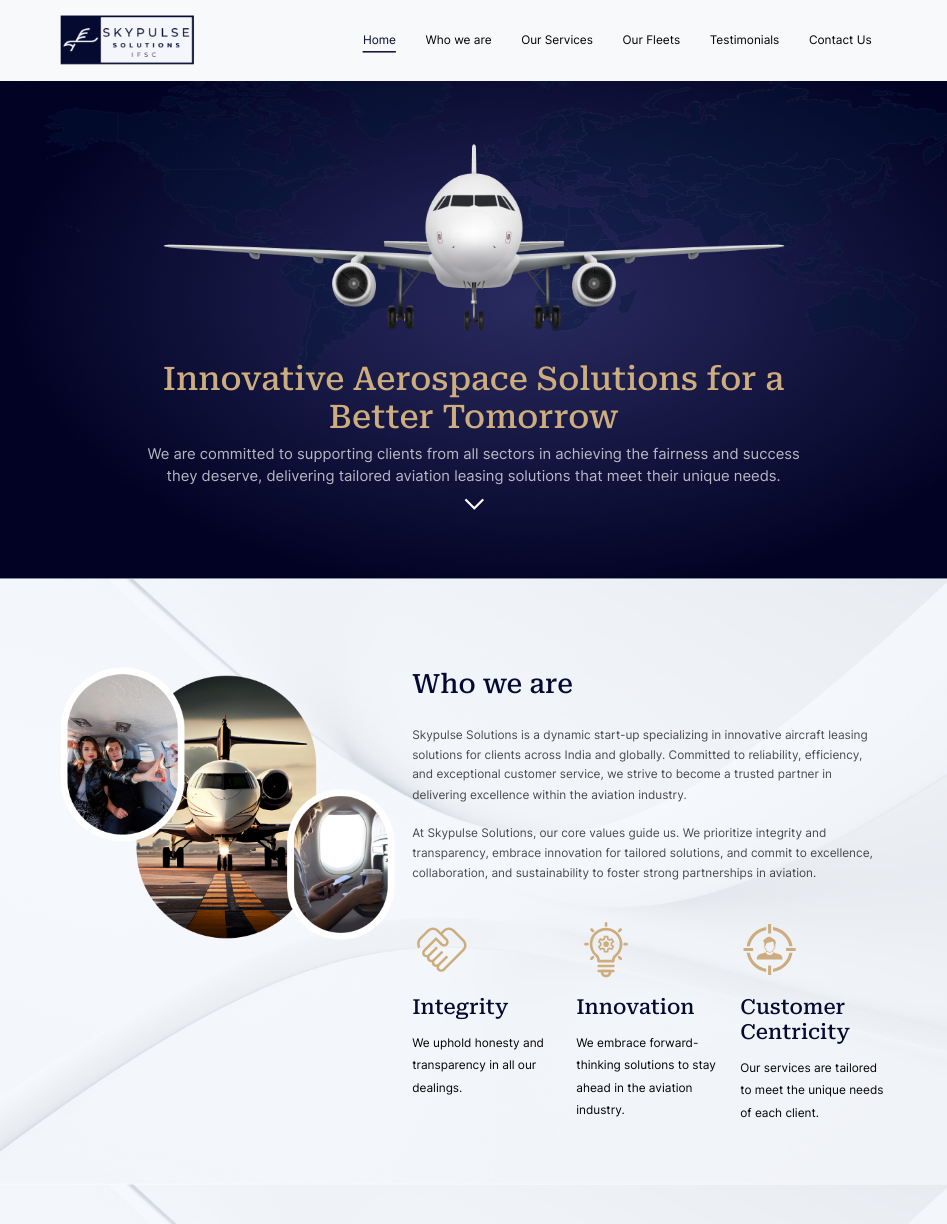
Repository: mangalravi/SkyPulse
Page: index.html
The author's editor kept a copy of each file at every save. The page is drawn from the files as they stood at one save, then again after a run of saves.
The browser window is 1280 px wide. The pictures show the whole page, at 74% of full size.

Above is the page before, as saved 2024-12-30 10:40:57.

### index.html
<!DOCTYPE html>
<html lang="en">
  <head>
    <meta charset="UTF-8" />
    <meta name="viewport" content="width=device-width, initial-scale=1.0" />
    <title>SkyPluse</title>
    <link rel="icon" href="content/images/favicon.png" type="image/x-icon" />
    <link
      rel="stylesheet"
      type="text/css"
      href="content/bootstrap/css/bootstrap.min.css"
    />
    <link rel="stylesheet" type="text/css" href="content/css/font-family.css" />
    <link rel="stylesheet" type="text/css" href="content/css/Icon.css" />
    <link
      rel="stylesheet"
      type="text/css"
      href="content/lib/slick/css/slick.min.css"
    />
    <link rel="stylesheet" type="text/css" href="content/css/custom.css" />
  </head>
  <body>
    <header class="nvbrhdr position-fixed w-100">

      <nav class="navbar navbar-expand-lg bg-body-tertiary p-0">
        <div class="container-fluid container-lg">
          <a class="navbar-brand m-0 p-0" href="#">
            <img src="content/images/logo.png" alt="logo">
          </a>
          <button class="navbar-toggler" type="button" data-bs-toggle="collapse" data-bs-target="#navbarSupportedContent" aria-controls="navbarSupportedContent" aria-expanded="false" aria-label="Toggle navigation">
            <span class="navbar-toggler-icon"></span>
          </button>
          <div class="collapse navbar-collapse" id="navbarSupportedContent">
            <ul class="navbar-nav ms-auto mb-2 mb-lg-0">
              <li class="nav-item">
                <a class="nav-link active ps-0" aria-current="page" href="#">Home</a>
              </li>
              <li class="nav-item">
                <a class="nav-link" href="#">Who we are</a>
              </li>

              <li class="nav-item">
                <a class="nav-link" href="#">Our Services</a>
              </li>
              <li class="nav-item">
                <a class="nav-link" href="#">Our Fleets</a>
              </li>
              <li class="nav-item">
                <a class="nav-link" href="#">Testimonials</a>
              </li>

              <li class="nav-item">
                <a class="nav-link pe-0" href="#">Contact Us</a>
              </li>
            </ul>

          </div>
        </div>
      </nav>

    </header>
   <section class="top-banner" style="background:url(content/images/banner-bg.png)">
    <div class="container">
      <div class="row justify-content-center">
        <div class="col-md-10">
          <div class="topcntnt text-center">
            <img src="content/images/airplane.png" alt="airplane">
            <h1 class="mb-2 fw-medium">Innovative Aerospace Solutions for a Better Tomorrow</h1>
            <p class="mb-2">We are committed to supporting clients from all sectors in achieving the fairness and success they deserve, delivering tailored aviation leasing solutions that meet their unique needs.</p>
            <span class="material-symbols-outlined">  arrow_forward_ios </span>
          </div>
        </div>
      </div>
    </div>
   </section>
   <section class="who-we-are" style="background:url(content/images/who-we-are-bg.jpg)">
    <div class="container">
      <div class="row justify-content-center gx-4">
        <div class="col-md-5">
<img src="content/images/who-we-are.png" alt="who">
          </div>
        <div class="col-md-7">
<h2 class="sec-head ">Who we are</h2>
<p class="sec-para mb-4">Skypulse Solutions is a
  dynamic start-up specializing in innovative aircraft leasing solutions
   for clients across India
  and globally.  Committed
   to reliability, efficiency, and exceptional
   customer service, we
   strive to become a
   trusted partner in
   delivering excellence
   within the aviation industry.</p>
   <p class="sec-para mb50">
    At Skypulse Solutions, our core values guide us. We prioritize integrity and transparency, embrace innovation for tailored solutions, and commit to excellence, collaboration, and sustainability to foster strong partnerships in aviation.
   </p>
   <div class="row">
    <div class="col-md-4">
      <img src="content/images/integrity.svg" alt="integrity" class="mb20">
      <h3>Integrity</h3>
      <p>We uphold honesty and transparency in all our dealings.</p>
    </div>
    <div class="col-md-4">
      <img src="content/images/innovation.svg" alt="innovation" class="mb20">
      <h3>Innovation</h3>
      <p>We embrace forward-thinking solutions to stay ahead in the aviation industry.</p>
    </div>
    <div class="col-md-4">
      <img src="content/images/customer-centricity.svg" alt="customer-centricity" class="mb20">
      <h3>Customer Centricity</h3>
      <p>Our services are tailored to meet the unique needs of each client.</p>
    </div>
   </div>
          </div>
          </div>
          </div>
          </div>
    <script src="content/js/jquery.min.js"></script>
  <script src="content/bootstrap/js/bootstrap.bundle.min.js"></script>
    <script src="content/lib/slick/js/slick.min.js"></script>
    <script src="content/js/custom.js"></script>
  </body>
</html>

### content/css/font-family.css
/* Inter Family */

@font-face {
  font-family: "Inter";
  font-style: normal;
  font-weight: 400;
  src: url("../fonts/Inter/Inter-Regular.ttf") format("truetype");
  font-display: swap;
}

@font-face {
  font-family: "Inter";
  font-style: normal;
  font-weight: 500;
  src: url("../fonts/Inter/Inter-Medium.ttf") format("truetype");
  font-display: swap;
}

/* Roboto Serif Family */

@font-face {
  font-family: "RobotoSerif";
  font-style: normal;
  font-weight: 400;
  src: url("../fonts/Roboto-Serif/RobotoSerif-Regular.ttf") format("truetype");
  font-display: swap;
}

@font-face {
  font-family: "RobotoSerif";
  font-style: normal;
  font-weight: 500;
  src: url("../fonts/Roboto-Serif/RobotoSerif-Medium.ttf") format("truetype");
  font-display: swap;
}

### content/css/Icon.css
/* fallback */
@font-face {
    font-family: 'Material Icons';
    font-style: normal;
    font-weight: 300;
    src: url(../fonts/icon.woff2) format('woff2');
  }
  /* fallback */
  @font-face {
    font-family: 'Material Icons Outlined';
    font-style: normal;
    font-weight: 300;
    src: url(../fonts/icon-outline.woff2) format('woff2');
  }
  @font-face {
    font-family: 'Material Symbols Outlined';
    font-style: normal;
    font-weight: 300;
    src: url(../fonts/icon-symbol-outline.woff2) format('woff2');
  }

  .material-icons {
    font-family: 'Material Icons';
    font-weight: normal;
    font-style: normal;
    font-size: 24px;
    line-height: 1;
    letter-spacing: normal;
    text-transform: none;
    display: inline-block;
    white-space: nowrap;
    word-wrap: normal;
    direction: ltr;
    -webkit-font-feature-settings: 'liga';
    -webkit-font-smoothing: antialiased;
  }

  .material-icons-outlined {
    font-family: 'Material Icons Outlined';
    font-weight: normal;
    font-style: normal;
    font-size: 24px;
    line-height: 1;
    letter-spacing: normal;
    text-transform: none;
    display: inline-block;
    white-space: nowrap;
    word-wrap: normal;
    direction: ltr;
    -webkit-font-feature-settings: 'liga';
    -webkit-font-smoothing: antialiased;
  }
 /* Fallback */


.material-symbols-outlined {
  font-family: 'Material Symbols Outlined';
  font-weight: normal;
  font-style: normal;
  font-size: 24px;
  line-height: 1;
  letter-spacing: normal;
  text-transform: none;
  display: inline-block;
  white-space: nowrap;
  word-wrap: normal;
  direction: ltr;
  -webkit-font-feature-settings: 'liga';
  -webkit-font-smoothing: antialiased;
}

### content/lib/slick/css/slick.min.css
/**
 * Minified by jsDelivr using clean-css v4.2.0.
 * Original file: /npm/slick-carousel@1.8.1/slick/slick.css
 *
 * Do NOT use SRI with dynamically generated files! More information: https://www.jsdelivr.com/using-sri-with-dynamic-files
 */
 .slick-slider{position:relative;display:block;box-sizing:border-box;-webkit-user-select:none;-moz-user-select:none;-ms-user-select:none;user-select:none;-webkit-touch-callout:none;-khtml-user-select:none;-ms-touch-action:pan-y;touch-action:pan-y;-webkit-tap-highlight-color:transparent}.slick-list{position:relative;display:block;overflow:hidden;margin:0;padding:0}.slick-list:focus{outline:0}.slick-list.dragging{cursor:pointer;cursor:hand}.slick-slider .slick-list,.slick-slider .slick-track{-webkit-transform:translate3d(0,0,0);-moz-transform:translate3d(0,0,0);-ms-transform:translate3d(0,0,0);-o-transform:translate3d(0,0,0);transform:translate3d(0,0,0)}.slick-track{position:relative;top:0;left:0;display:block;margin-left:auto;margin-right:auto}.slick-track:after,.slick-track:before{display:table;content:''}.slick-track:after{clear:both}.slick-loading .slick-track{visibility:hidden}.slick-slide{display:none;float:left;height:100%;min-height:1px}[dir=rtl] .slick-slide{float:right}.slick-slide img{display:block}.slick-slide.slick-loading img{display:none}.slick-slide.dragging img{pointer-events:none}.slick-initialized .slick-slide{display:block}.slick-loading .slick-slide{visibility:hidden}.slick-vertical .slick-slide{display:block;height:auto;border:1px solid transparent}.slick-arrow.slick-hidden{display:none}
 /*# sourceMappingURL=/sm/fb3ed351cd5c0f1f30f88778ee1f9b056598e6d25ac4fdcab1eebcd8be521cd9.map */

### content/css/custom.css
:root {
  --bs-primary-color: #050A30;
  --bs-secondary-color: #030303;
  --bs-gold-color: #CDAD7D;
  --bs-heading-font-family: 'RobotoSerif', serif;
  --bs-body-font-family: 'Inter', sans-serif;
}

  section {
    padding: 120px 0;
  }
  p {
    color:var(--bs-secondary-color);
    line-height: 1.875rem;
    font-weight: 400;
  }
  a {
    text-decoration: none;
  }
  h1,h2,h3,h4,h5,h6 {
    font-family: var(--bs-heading-font-family);
    font-weight: 500;
    margin-bottom: 1rem;
    color:var(--bs-primary-color);
  }
  .material-symbols-outlined {
    font-weight: bold;
    font-size:1.25rem;
    transition:all 0.7s;
  }
  img {
    max-width: 100%;
  }
  body{
    padding:0 ;
  }
 .navbar{
background: #FFFFFFF2;
}
.nvbrhdr{
   z-index: 99;
 }
 .navbar-expand-lg .navbar-nav .nav-link {
padding: 2.781rem 0;
margin:0 1.25rem;
color:#000000;
line-height: 1.25rem;
position: relative;
 }
 .navbar-expand-lg .navbar-nav .nav-link.active {
  color: var(--bs-primary-color);
 }
 .navbar-expand-lg .navbar-nav .nav-link::before{
  position: absolute;
  content: "";
  background: transparent;
  width: 100%;
  height: 2px;
  left: 0;
  top: 63%;
 }
 .navbar-expand-lg .navbar-nav .nav-link.active::before,
  .navbar-expand-lg .navbar-nav .nav-link:hover::before {
background:var(--bs-primary-color);
 }

/* top-banner */
.top-banner{
  padding-top: 195px;
   padding-bottom: 78px;
background-size:cover;
background-position:center;
 }
.top-banner .topcntnt img{
margin-bottom: 2.5rem;
 }
.top-banner .topcntnt h1{
color:#CDAD7D;
font-size:2.75rem;
line-height: 51.52px;
letter-spacing: 1.5%;
 }
.top-banner .topcntnt p{
font-size:1.25rem;
line-height: 1.875rem;
color:#fff;
opacity: 0.7;
 }
.top-banner .topcntnt span{
  font-size: 2rem;
  transform: rotate(90deg);
  color: #fff;
}
.sec-head{
  font-size: 2.25rem;
  line-height: 45px;
}
.who-we-are .sec-head{
  margin-bottom: 2rem;
}
.gold{
  color:#CDAD7D;
}
.sec-para{
  color:#030303;
  line-height: 27.2px;
  opacity: 0.7;
}
.mb50{
  margin-bottom: 50px;
}
.mb20{
  margin-bottom: 1.25rem;
}
.who-we-are h3{
  fonr
}

### content/js/custom.js
$(window).scroll(function () {
  $(this).scrollTop() >= 250
    ? $(".nvbrhdr").addClass("bg-white")
    : $(".nvbrhdr").removeClass("bg-white");
})

Loaded but not shown: content/bootstrap/css/bootstrap.min.css (library); content/js/jquery.min.js (library); content/bootstrap/js/bootstrap.bundle.min.js (library); content/lib/slick/js/slick.min.js (library)

After the next 3 saves:
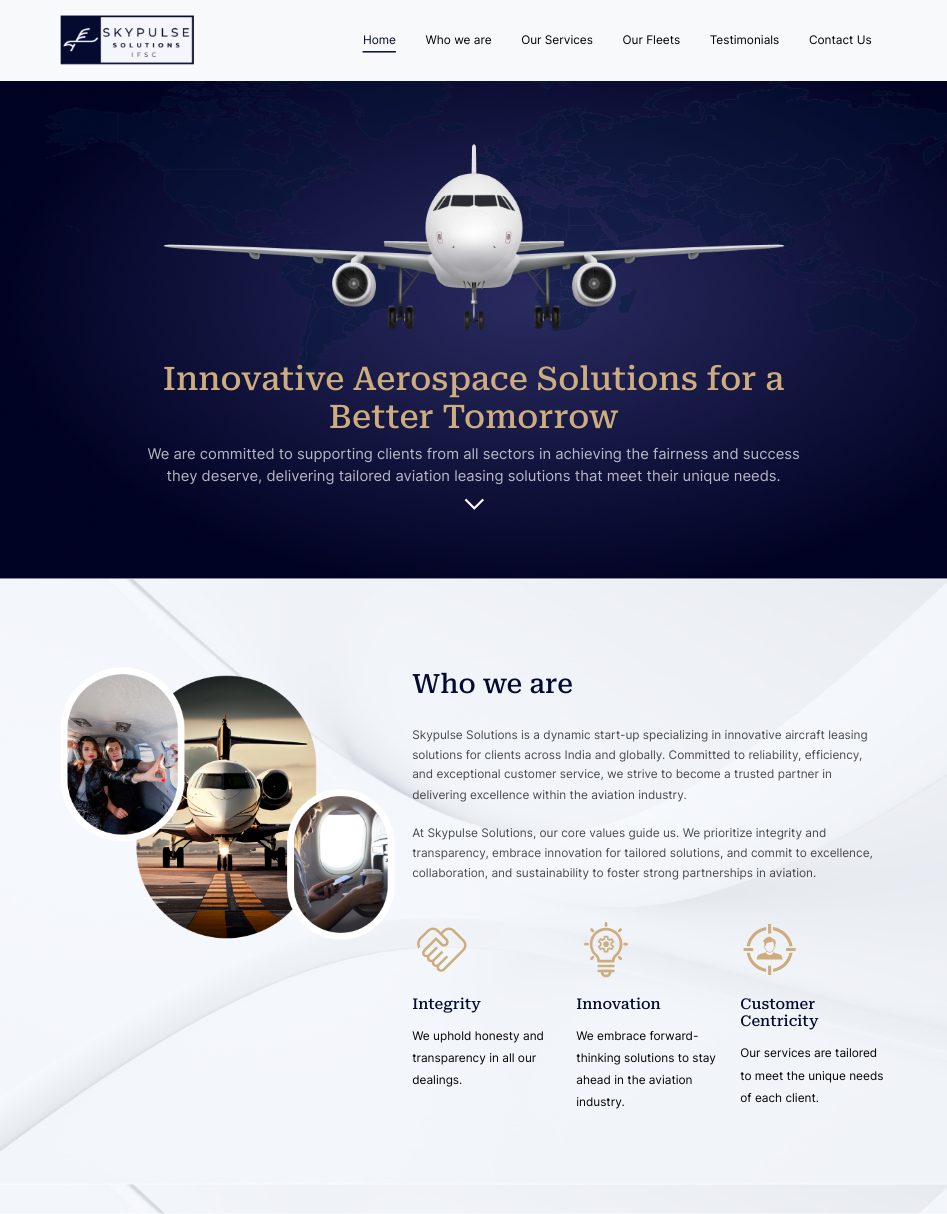
The 3 saves are shown as one change because they came seconds apart.
The last was saved 8 s later.
--- a/content/css/custom.css
+++ b/content/css/custom.css
@@ -113,5 +113,5 @@ opacity: 0.7;
   margin-bottom: 1.25rem;
 }
 .who-we-are h3{
-  fonr
+  font-size: 1.25rem
 }
